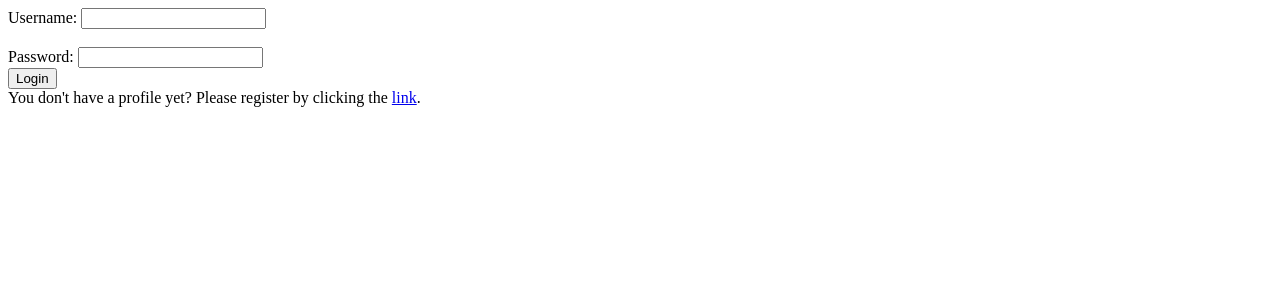
Repository: DzevoX/RZK_Planner
Page: http://localhost/PlanerWEB/
An editor plug-in stored every save of this project. The page is shown before and after the next save, followed by the edit.
The browser window is 1280 px wide. The pictures show the whole page.
The page is served by Tomcat 9. Nobody is signed in. The application's start-up code is not run. Other server files are loaded and not shown.

Above is the page before, as saved 2022-11-28 23:38:34.

### PlanerWEB/src/main/webapp/index.jsp
<%@ page language="java" contentType="text/html; charset=ISO-8859-1"
    pageEncoding="ISO-8859-1"%>
<!DOCTYPE html>
<html>
<head>
<meta charset="ISO-8859-1">
<title>Login</title>
</head>
<body>
	<form action="/PlanerWEB/LoginServlet" method="post">
		Username: <input type="text" name="username" id="username"><br><br>
		Password: <input type="password" name="password" id="password"><br>
		<input type="submit" value="Login"><br>
	</form>
	You don't have a profile yet? Please register by clicking the <a href="/PlanerWEB/register.jsp">link</a>.
</body>
</html>

After the next save:
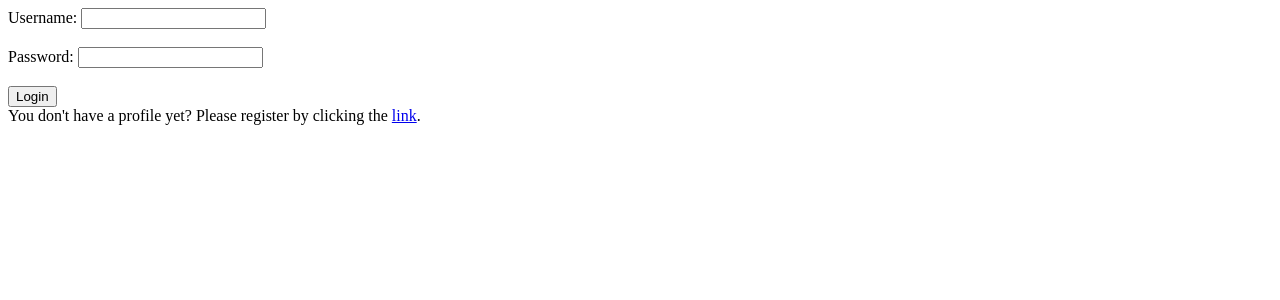
Saved 4 s later.
--- a/PlanerWEB/src/main/webapp/index.jsp
+++ b/PlanerWEB/src/main/webapp/index.jsp
@@ -9,7 +9,7 @@
 <body>
 	<form action="/PlanerWEB/LoginServlet" method="post">
 		Username: <input type="text" name="username" id="username"><br><br>
-		Password: <input type="password" name="password" id="password"><br>
+		Password: <input type="password" name="password" id="password"><br><br>
 		<input type="submit" value="Login"><br>
 	</form>
 	You don't have a profile yet? Please register by clicking the <a href="/PlanerWEB/register.jsp">link</a>.
